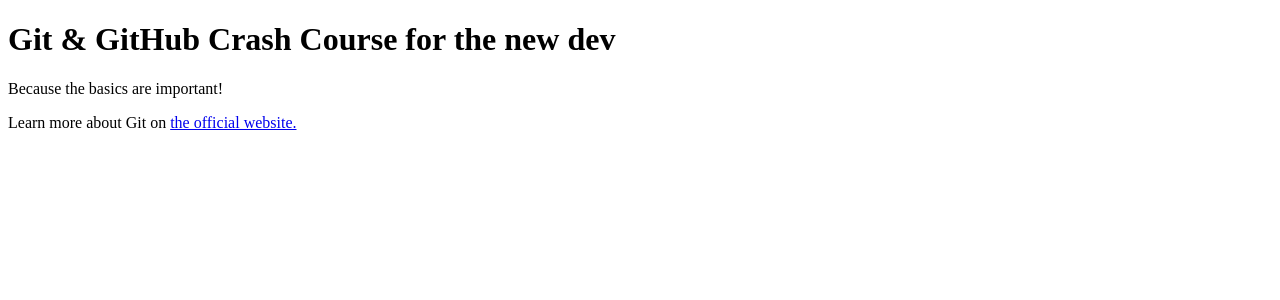
Repository: islam174932/githubcourse
Page: index.html
These files come from the project's save history. The page is drawn as it stood at one moment and after the next save; the edit follows.
The browser window is 1280 px wide. The pictures show the whole page.

Above is the page before, as saved 2024-06-13 21:45:52.

### index.html
<!DOCTYPE html>
<html lang="en">
  <head>
    <meta charset="UTF-8" />
    <meta http-equiv="X-UA-Compatible" content="IE=edge" />
    <meta name="viewport" content="width=device-width, initial-scale=1.0" />
    <title>Git & GitHub Crash Course for me 4</title>
  </head>
  <body>
    <h1>Git & GitHub Crash Course for the new dev </h1>
    <p>Because the basics are important!</p>
    <p>
      Learn more about Git on
      <a href="https://git-scm.com/book/en/v2">the official website.</a>
    </p>
  </body>
</html>

After the next save:
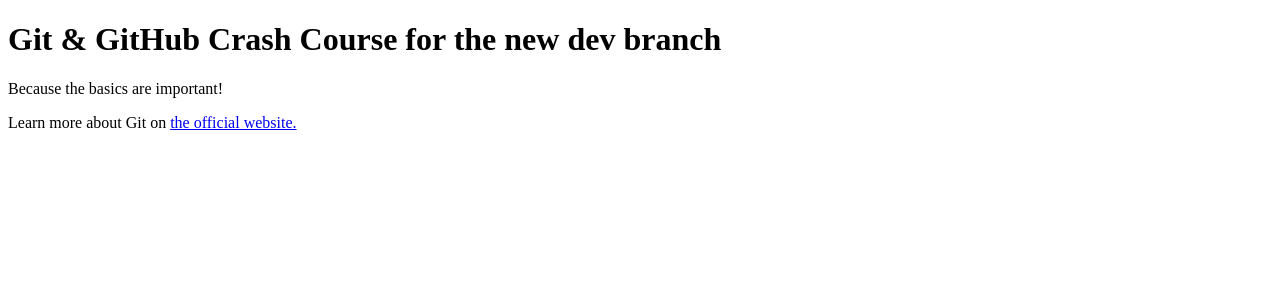
Saved 4 s later.
--- a/index.html
+++ b/index.html
@@ -7,7 +7,7 @@
     <title>Git & GitHub Crash Course for me 4</title>
   </head>
   <body>
-    <h1>Git & GitHub Crash Course for the new dev </h1>
+    <h1>Git & GitHub Crash Course for the new dev branch</h1>
     <p>Because the basics are important!</p>
     <p>
       Learn more about Git on
